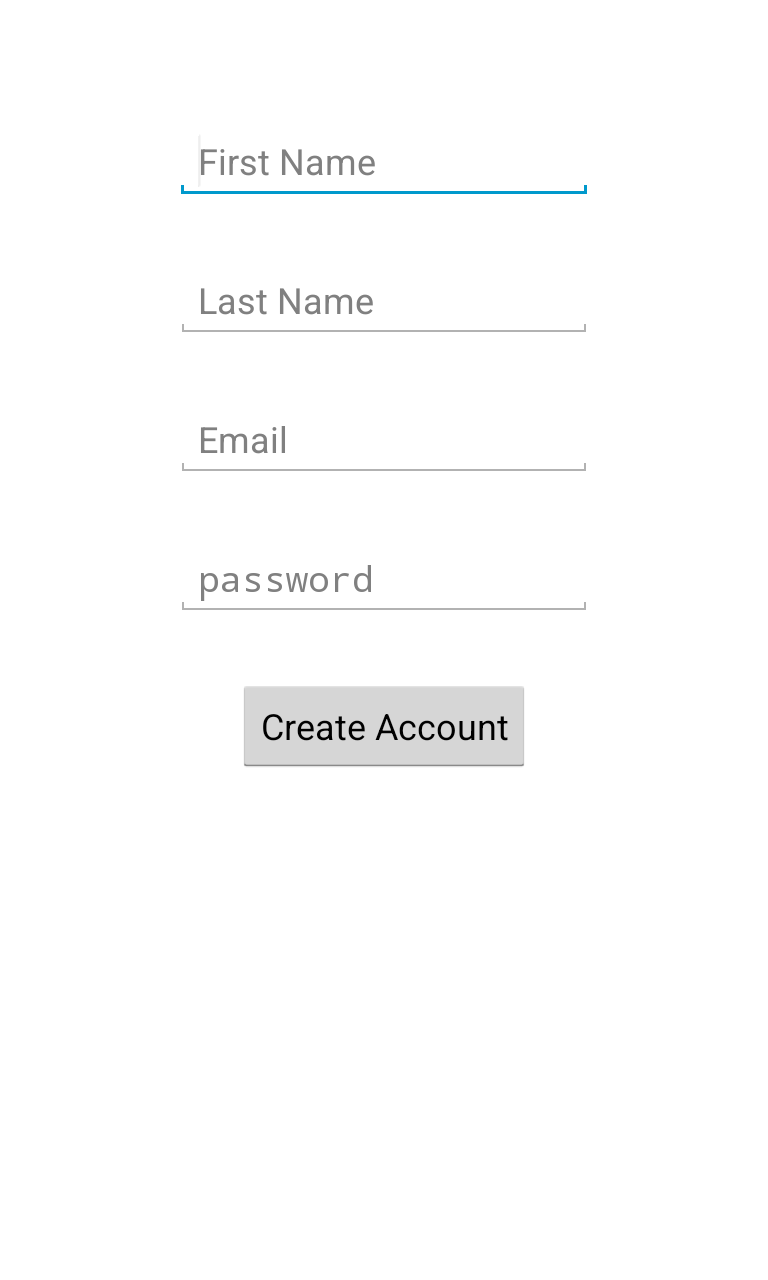
Repository: NarenPamza/Android_Template
Layout: LastNightParty/res/layout/activity_create_new_account.xml
These files come from the project's save history. The layout is drawn as it stood at one moment and after the next save; the edit follows.
It is drawn on a 768 x 1280 px phone screen (xhdpi) without system bars, with theme AppTheme; the app's code is not run. The app's manifest (not shown) leaves right-to-left support off. So textAlignment, textDirection and layoutDirection are ignored, and left and right values win over start and end ones.

Above is the layout before, as saved 2015-12-25 14:49:51.

### LastNightParty/res/layout/activity_create_new_account.xml
<RelativeLayout xmlns:android="http://schemas.android.com/apk/res/android"
    xmlns:tools="http://schemas.android.com/tools"
    android:layout_width="match_parent"
    android:layout_height="match_parent"
    android:paddingBottom="@dimen/activity_vertical_margin"
    android:paddingLeft="@dimen/activity_horizontal_margin"
    android:paddingRight="@dimen/activity_horizontal_margin"
    android:paddingTop="@dimen/activity_vertical_margin"
    tools:context="com.androidParty.lastnightparty.CreateNewAccountActivity" >

    <EditText
        android:id="@+id/editText1"
        android:layout_width="wrap_content"
        android:layout_height="wrap_content"
        android:layout_alignParentTop="true"
        android:layout_centerHorizontal="true"
        android:layout_marginTop="45dp"
        android:ems="10"
        android:hint="@string/first_name"
        android:inputType="textPersonName"
        android:labelFor="@+id/editText1
        ">
        <requestFocus />
    </EditText>

    <EditText
        android:id="@+id/editText2"
        android:layout_width="wrap_content"
        android:layout_height="wrap_content"
        android:layout_alignEnd="@+id/editText1"
        android:layout_alignStart="@+id/editText1"
        android:layout_below="@+id/editText1"
        android:layout_marginTop="30dp"
        android:hint="@string/last_name"
        android:ems="10"
        android:inputType="textPersonName"
        android:labelFor="@+id/editText2" />

    <EditText
        android:id="@+id/editText3"
        android:layout_width="wrap_content"
        android:layout_height="wrap_content"
        android:layout_alignStart="@+id/editText2"
        android:layout_below="@+id/editText2"
        android:layout_marginTop="30dp"
        android:ems="10"
        android:hint="@string/email"
        android:inputType="textEmailAddress"
        android:labelFor="@+id/editText3"/>

    <EditText
        android:id="@+id/editText4"
        android:layout_width="wrap_content"
        android:layout_height="wrap_content"
        android:layout_alignEnd="@+id/editText3"
        android:layout_alignStart="@+id/editText3"
        android:layout_below="@+id/editText3"
        android:layout_marginTop="30dp"
        android:ems="10"
        android:hint="@string/password"
        android:inputType="textPassword"
        android:labelFor="@+id/editText4" />

    <Button
        android:id="@+id/button1"
        android:layout_width="wrap_content"
        android:layout_height="wrap_content"
        android:layout_below="@+id/editText4"
        android:layout_centerHorizontal="true"
        android:layout_marginTop="30dp"
        android:text="@string/create_account" />
</RelativeLayout>

### LastNightParty/res/values/strings.xml
<?xml version="1.0" encoding="utf-8"?>
<resources>

    <string name="app_name">LastNightParty</string>
    <string name="hello_world">Last Nyte</string>
    <string name="action_settings">Settings</string>
    <string name="create_new">Create New Account</string>
    <string name="sign_in">Sign in With Email</string>
    <string name="title_activity_create_new_account">CreateNewAccountActivity</string>
    <string name="title_activity_sign_in">SignInActivity</string>
    <string name="Sign_In_Button">Sign In</string>

    <string name="user_name">user name</string>
    <string name="password">password</string>

    <string name="first_name">First Name</string>
    <string name="last_name">Last Name</string>
    <string name="email">Email</string>
    <string name="create_account">Create Account</string>
</resources>

Loaded but not shown: LastNightParty/res/values/styles.xml (common file); LastNightParty/res/values-v11/styles.xml (common file); LastNightParty/res/values-v14/styles.xml (common file); LastNightParty/res/values/dimens.xml (common file); LastNightParty/res/values-w820dp/dimens.xml (common file)

After the next save:
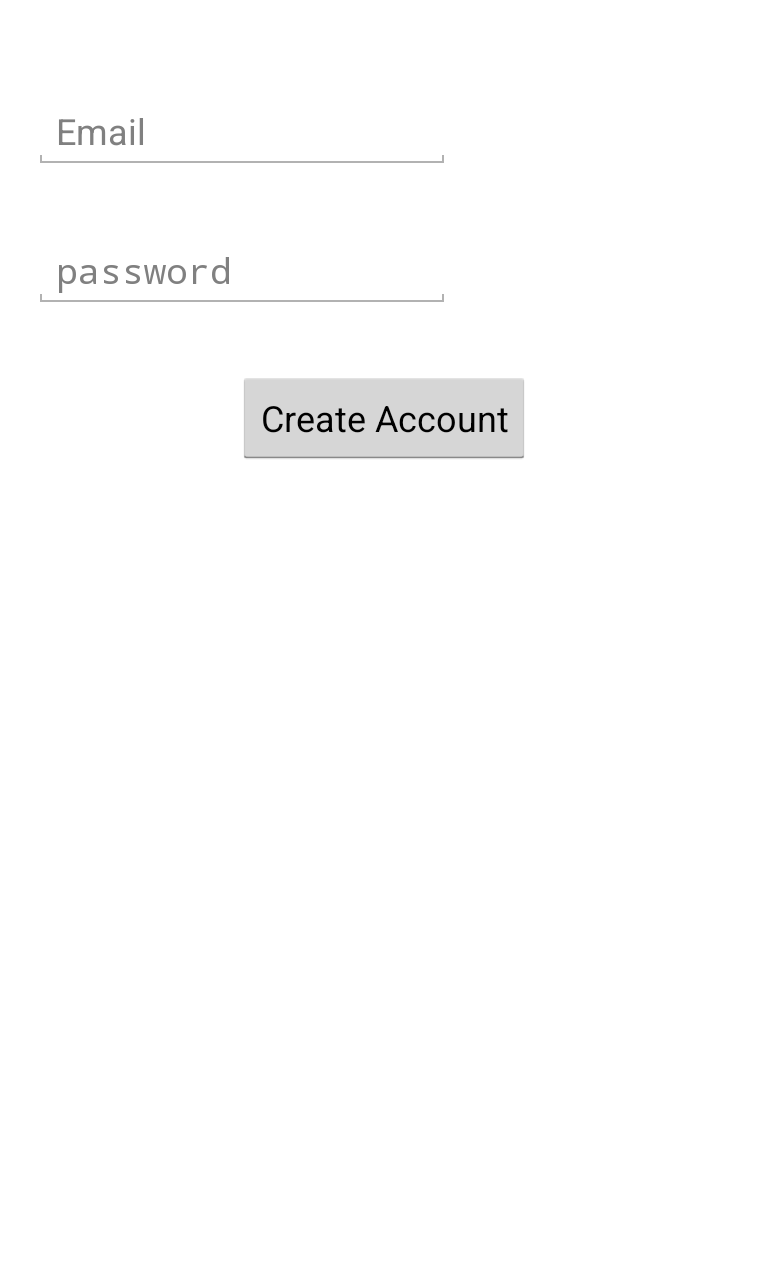
Saved 3 min 10 s later.
--- a/LastNightParty/res/layout/activity_create_new_account.xml
+++ b/LastNightParty/res/layout/activity_create_new_account.xml
@@ -8,33 +8,7 @@
     android:paddingTop="@dimen/activity_vertical_margin"
     tools:context="com.androidParty.lastnightparty.CreateNewAccountActivity" >
 
-    <EditText
-        android:id="@+id/editText1"
-        android:layout_width="wrap_content"
-        android:layout_height="wrap_content"
-        android:layout_alignParentTop="true"
-        android:layout_centerHorizontal="true"
-        android:layout_marginTop="45dp"
-        android:ems="10"
-        android:hint="@string/first_name"
-        android:inputType="textPersonName"
-        android:labelFor="@+id/editText1
-        ">
-        <requestFocus />
-    </EditText>
 
-    <EditText
-        android:id="@+id/editText2"
-        android:layout_width="wrap_content"
-        android:layout_height="wrap_content"
-        android:layout_alignEnd="@+id/editText1"
-        android:layout_alignStart="@+id/editText1"
-        android:layout_below="@+id/editText1"
-        android:layout_marginTop="30dp"
-        android:hint="@string/last_name"
-        android:ems="10"
-        android:inputType="textPersonName"
-        android:labelFor="@+id/editText2" />
 
     <EditText
         android:id="@+id/editText3"

After the save that followed:
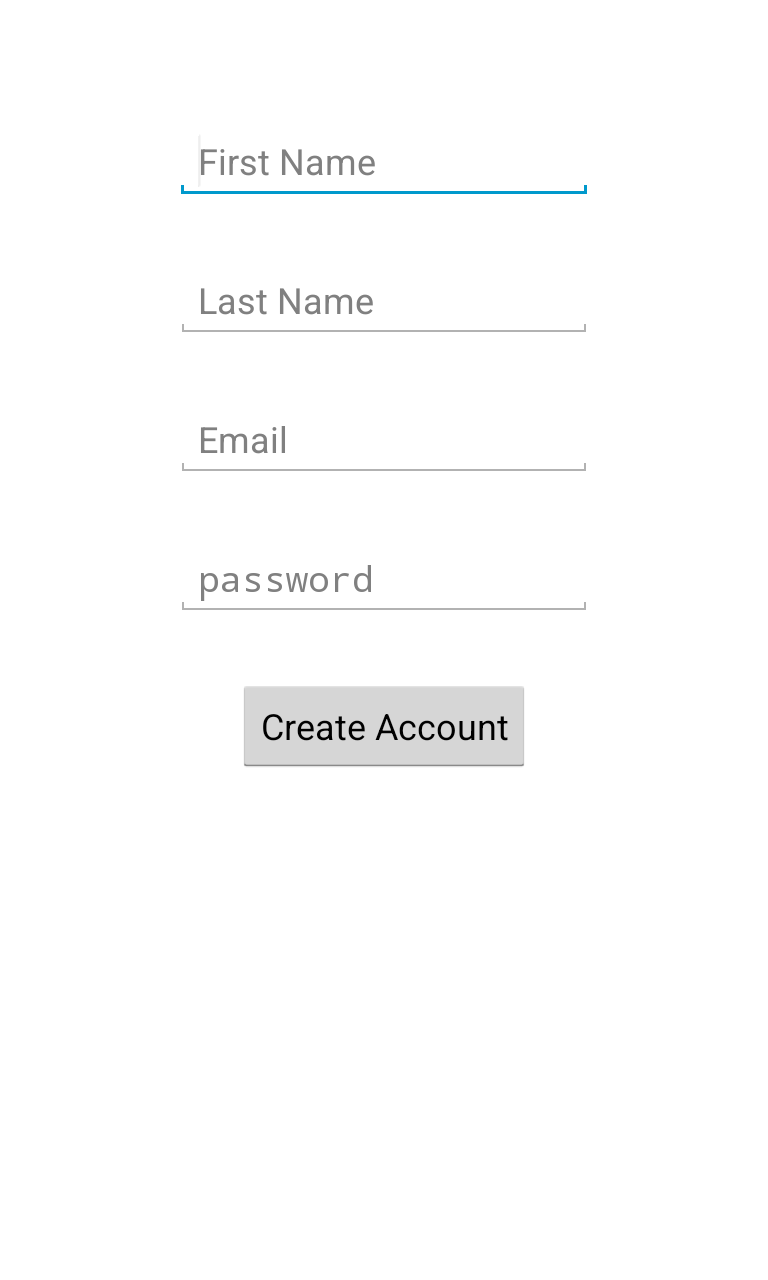
Saved 46 s later.
--- a/LastNightParty/res/layout/activity_create_new_account.xml
+++ b/LastNightParty/res/layout/activity_create_new_account.xml
@@ -8,7 +8,33 @@
     android:paddingTop="@dimen/activity_vertical_margin"
     tools:context="com.androidParty.lastnightparty.CreateNewAccountActivity" >
 
+    <EditText
+        android:id="@+id/editText1"
+        android:layout_width="wrap_content"
+        android:layout_height="wrap_content"
+        android:layout_alignParentTop="true"
+        android:layout_centerHorizontal="true"
+        android:layout_marginTop="45dp"
+        android:ems="10"
+        android:hint="@string/first_name"
+        android:inputType="textPersonName"
+        android:labelFor="@+id/editText1
+        ">
+        <requestFocus />
+    </EditText>
 
+    <EditText
+        android:id="@+id/editText2"
+        android:layout_width="wrap_content"
+        android:layout_height="wrap_content"
+        android:layout_alignEnd="@+id/editText1"
+        android:layout_alignStart="@+id/editText1"
+        android:layout_below="@+id/editText1"
+        android:layout_marginTop="30dp"
+        android:hint="@string/last_name"
+        android:ems="10"
+        android:inputType="textPersonName"
+        android:labelFor="@+id/editText2" />
 
     <EditText
         android:id="@+id/editText3"
